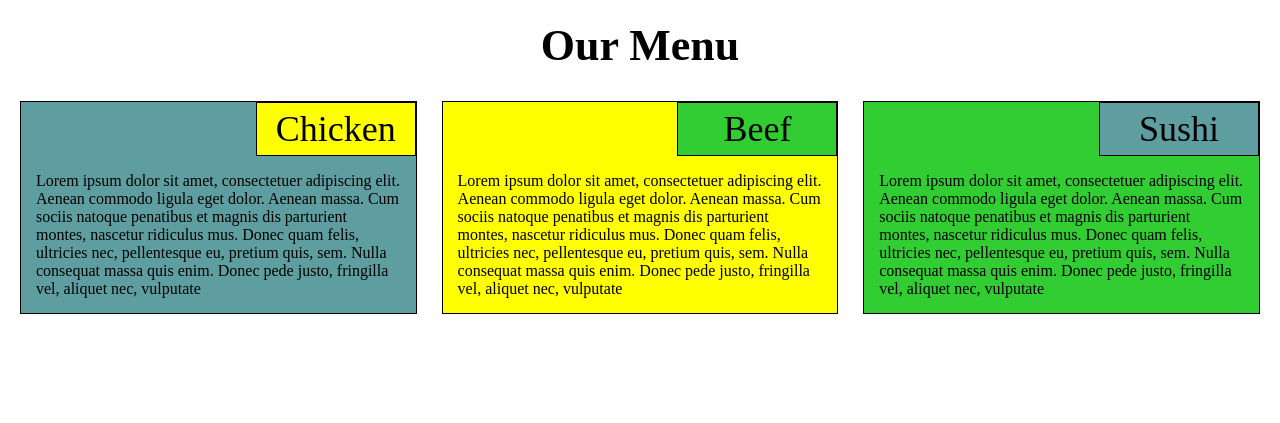
Repository: Normandy72/module2-solution
Page: index.html
An editor plug-in stored every save of this project. The page is shown before and after the next save, followed by the edit.
The browser window is 1280 px wide. The pictures show the whole page.
Some web fonts or font styles are not loaded; a fallback is used.

Above is the page before, as saved 2022-12-05 15:59:03.

### index.html
<!DOCTYPE html>
<html lang="en">
<head>
    <meta charset="UTF-8">
    <meta http-equiv="X-UA-Compatible" content="IE=edge">
    <meta name="viewport" content="width=device-width, initial-scale=1.0">
    <title>Our menu</title>
    <link href="https://fonts.googleapis.com/css2?family=Comic+Neue:ital,wght@0,300;0,400;0,700;1,300;1,400;1,700&family=Roboto:ital,wght@0,100;0,300;0,400;0,500;0,700;0,900;1,100;1,300;1,400;1,500;1,700;1,900&display=swap" rel="stylesheet">
    <link rel="stylesheet" href="styles/style.css">
</head>
<body>
    <h1>Our Menu</h1>
    <div class="wrapper">
        <div class="card">
            <div class="card__name">Chicken</div>
            <p class="card__text">Lorem ipsum dolor sit amet, consectetuer adipiscing elit. Aenean commodo ligula eget dolor. Aenean massa. Cum sociis natoque penatibus et magnis dis parturient montes, nascetur ridiculus mus. Donec quam felis, ultricies nec, pellentesque eu, pretium quis, sem. Nulla consequat massa quis enim. Donec pede justo, fringilla vel, aliquet nec, vulputate</p>
        </div>
        <div class="card">
            <div class="card__name">Beef</div>
            <p class="card__text">Lorem ipsum dolor sit amet, consectetuer adipiscing elit. Aenean commodo ligula eget dolor. Aenean massa. Cum sociis natoque penatibus et magnis dis parturient montes, nascetur ridiculus mus. Donec quam felis, ultricies nec, pellentesque eu, pretium quis, sem. Nulla consequat massa quis enim. Donec pede justo, fringilla vel, aliquet nec, vulputate</p>
        </div>
        <div class="card">
            <div class="card__name">Sushi</div>
            <p class="card__text">Lorem ipsum dolor sit amet, consectetuer adipiscing elit. Aenean commodo ligula eget dolor. Aenean massa. Cum sociis natoque penatibus et magnis dis parturient montes, nascetur ridiculus mus. Donec quam felis, ultricies nec, pellentesque eu, pretium quis, sem. Nulla consequat massa quis enim. Donec pede justo, fringilla vel, aliquet nec, vulputate</p>
        </div>
    </div>
</body>
</html>

### styles/style.css
*{
    font-family: 'Comic Neue', cursive;
    font-size: 10px;

    margin: 0;
    padding: 0;
    box-sizing: border-box;
}

h1{
    font-size: 4.4rem;
    text-align: center;

    padding-top: 20px;
    padding-bottom: 30px;
}

.wrapper{
    display: flex;
    justify-content: space-between;
    padding-left: 20px;
    padding-right: 20px;
}

.card{
    width: 32%;
    margin-bottom: 30px;
    position: relative;
    border: 1px solid black;
}

.card__name{
    border: 1px solid black;
    font-size: 3.6rem;
    padding: 5px;
    text-align: center;
    width: 160px;
    position: absolute;
    top: 0;
    right: 0;
}

.card__text{
    font-size: 1.6rem;
    padding: 70px 15px 15px;
}

.card:nth-child(1){
    background-color: cadetblue;
}

.card:nth-child(2){
    background-color: yellow;
}

.card:nth-child(3){
    background-color: limegreen;
}

.card:nth-child(1) .card__name{
    background-color: yellow;
}

.card:nth-child(2) .card__name{
    background-color: limegreen;
}

.card:nth-child(3) .card__name{
    background-color: cadetblue;
}

@media screen and (min-width: 768px) and (max-width: 991px) {
    .wrapper{
        flex-wrap: wrap;
    }

    .card:nth-child(1), .card:nth-child(2){
        width: 49%;
    }

    .card:nth-child(3){
        width: 100%;
    }
}

@media  screen and (max-width: 768px) {
    .wrapper{
        flex-wrap: wrap;
    }

    .card:nth-child(1), .card:nth-child(2), .card:nth-child(3)    {
        width: 100%;
    }

}

After the next save:
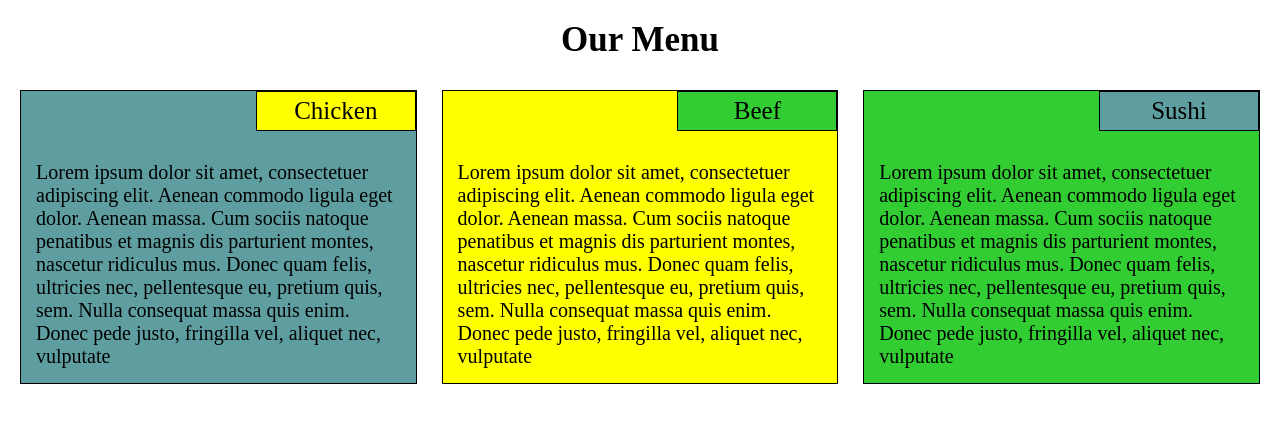
Saved 15 min 42 s later.
--- a/styles/style.css
+++ b/styles/style.css
@@ -8,7 +8,7 @@
 }
 
 h1{
-    font-size: 4.4rem;
+    font-size: 3.5rem;
     text-align: center;
 
     padding-top: 20px;
@@ -31,7 +31,7 @@ h1{
 
 .card__name{
     border: 1px solid black;
-    font-size: 3.6rem;
+    font-size: 2.5rem;
     padding: 5px;
     text-align: center;
     width: 160px;
@@ -41,7 +41,7 @@ h1{
 }
 
 .card__text{
-    font-size: 1.6rem;
+    font-size: 2.0rem;
     padding: 70px 15px 15px;
 }
 
